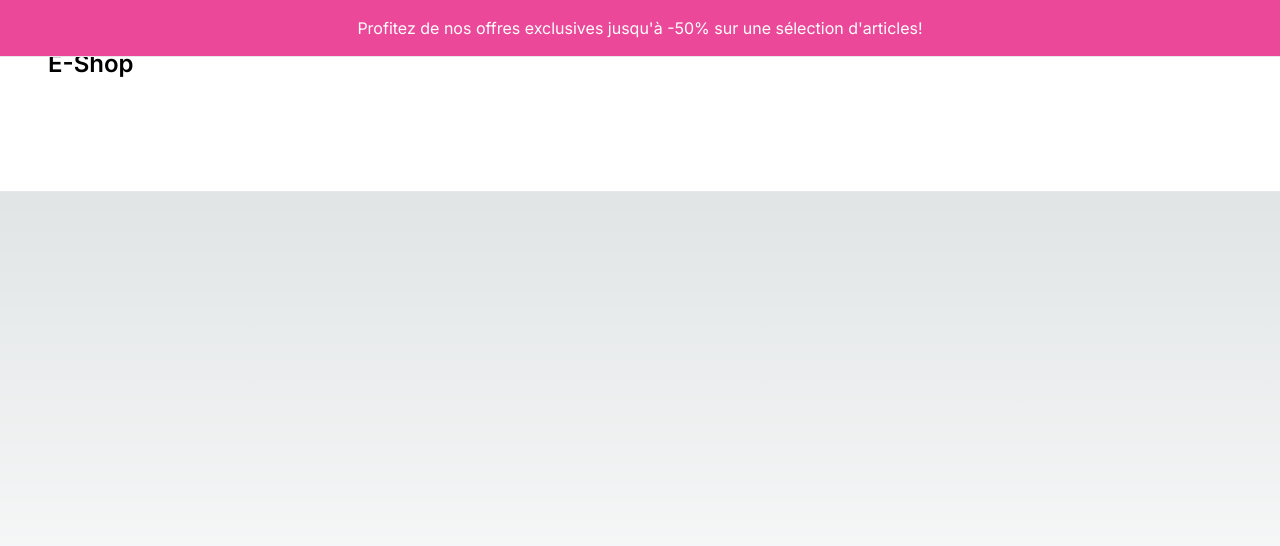
Repository: SDlevelUp/e-shop
Page: /
An editor plug-in stored every save of this project. The page is shown before and after the next save, followed by the edit.
The browser window is 1280 px wide. The pictures show the whole page.
The project was rebuilt for these pictures with package versions that can differ from the ones it lists, and the page was loaded fresh each time. The framework's server and built-in components were replaced by stand-ins that run in the browser. Also part of the build but not shown: next.config.js.

Above is the page before, as saved 2023-08-29 09:09:03.

After the next save:
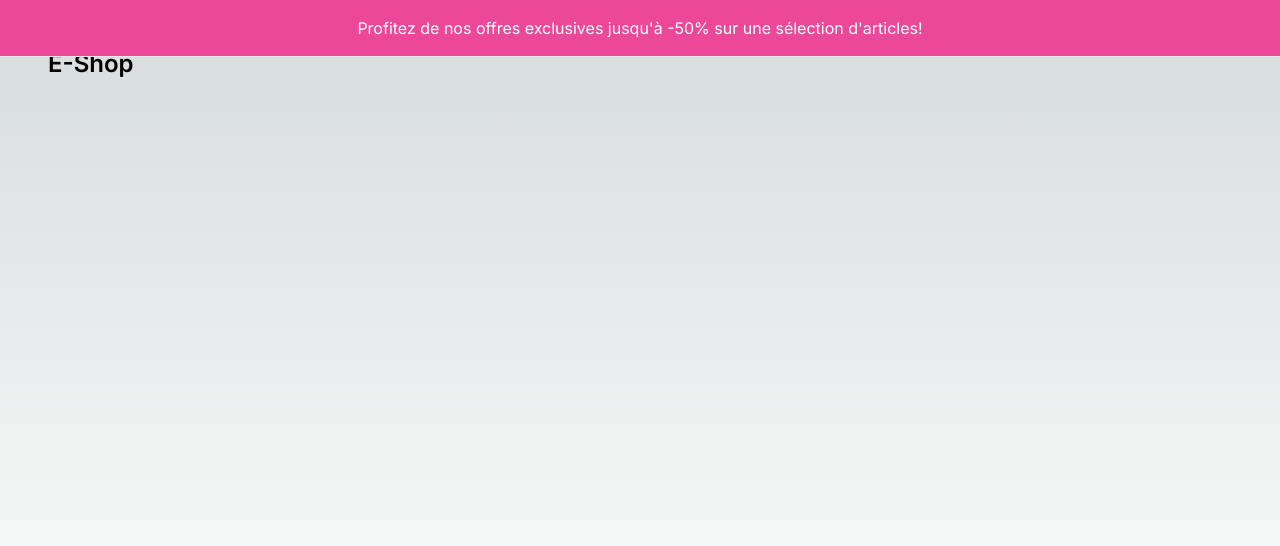
Saved 8 s later.
--- a/src/components/Navbar/Navbar.jsx
+++ b/src/components/Navbar/Navbar.jsx
@@ -4,7 +4,7 @@ export default function Navbar() {
     return (
         <>
 
-            <div className="bg-white fixed z-40 w-full top-0 left-0 border-b border-gray-200 h-48">
+            <div className="bg-white fixed z-40 w-full top-0 left-0 border-b border-gray-200 h-10">
                 <header className="bg-pink-500 z-50 w-full top-0 left-0 border-b border-gray-200 fixed">
                     <div className="max-w-screen-xl flex items-center justify-center mx-auto p-4">
                         <div className="flex items-center cursor-pointer">
